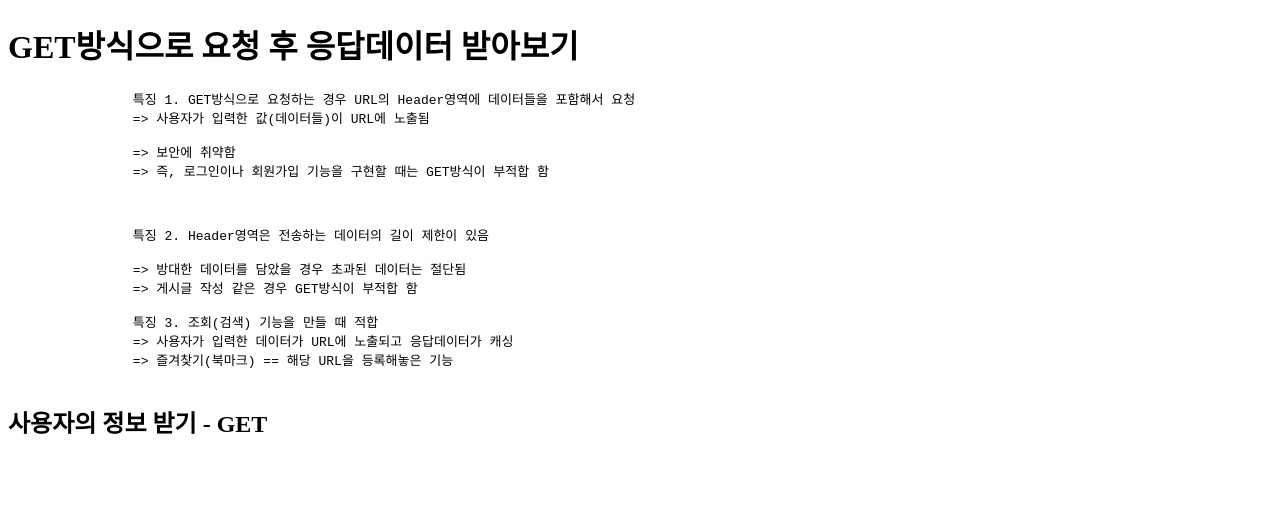
Repository: MiadongDeersfeet/webservice
Page: MyFirstWebProject/src/main/webapp/views/request_get.html
An editor plug-in stored every save of this project. The page is shown before and after the next save, followed by the edit.
The browser window is 1280 px wide. The pictures show the whole page.

Above is the page before, as saved 2025-09-22 08:00:28.

After the next save:
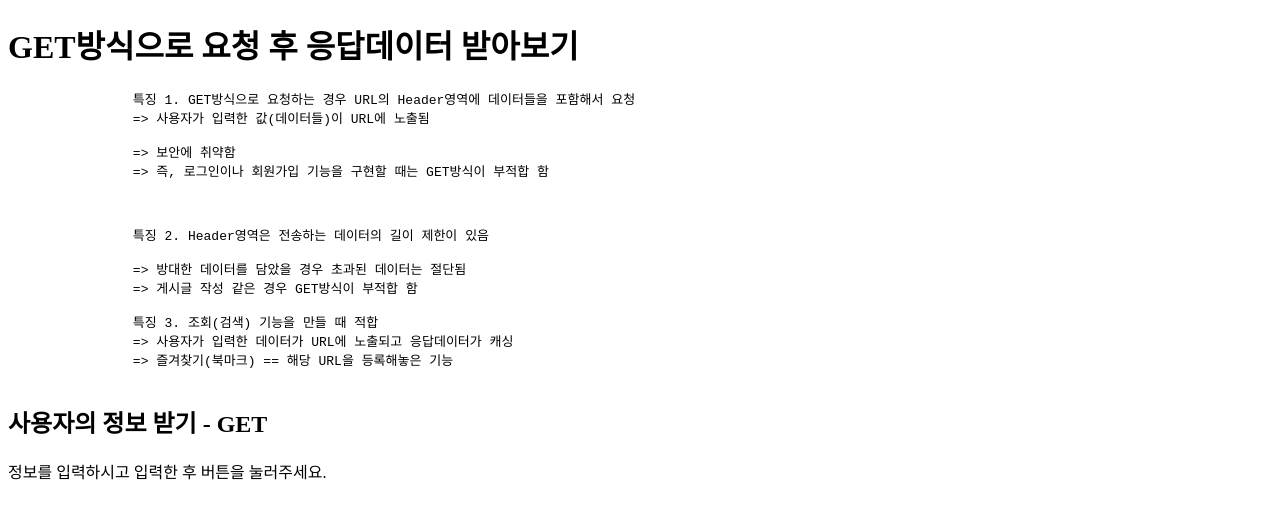
Saved 5 min 8 s later.
--- a/MyFirstWebProject/src/main/webapp/views/request_get.html
+++ b/MyFirstWebProject/src/main/webapp/views/request_get.html
@@ -29,6 +29,7 @@
 	</pre>
 
 	<h2> 사용자의 정보 받기 - GET </h2>
+	<p>정보를 입력하시고 입력한 후 버튼을 눌러주세요.</p>
 
 
 </body>
